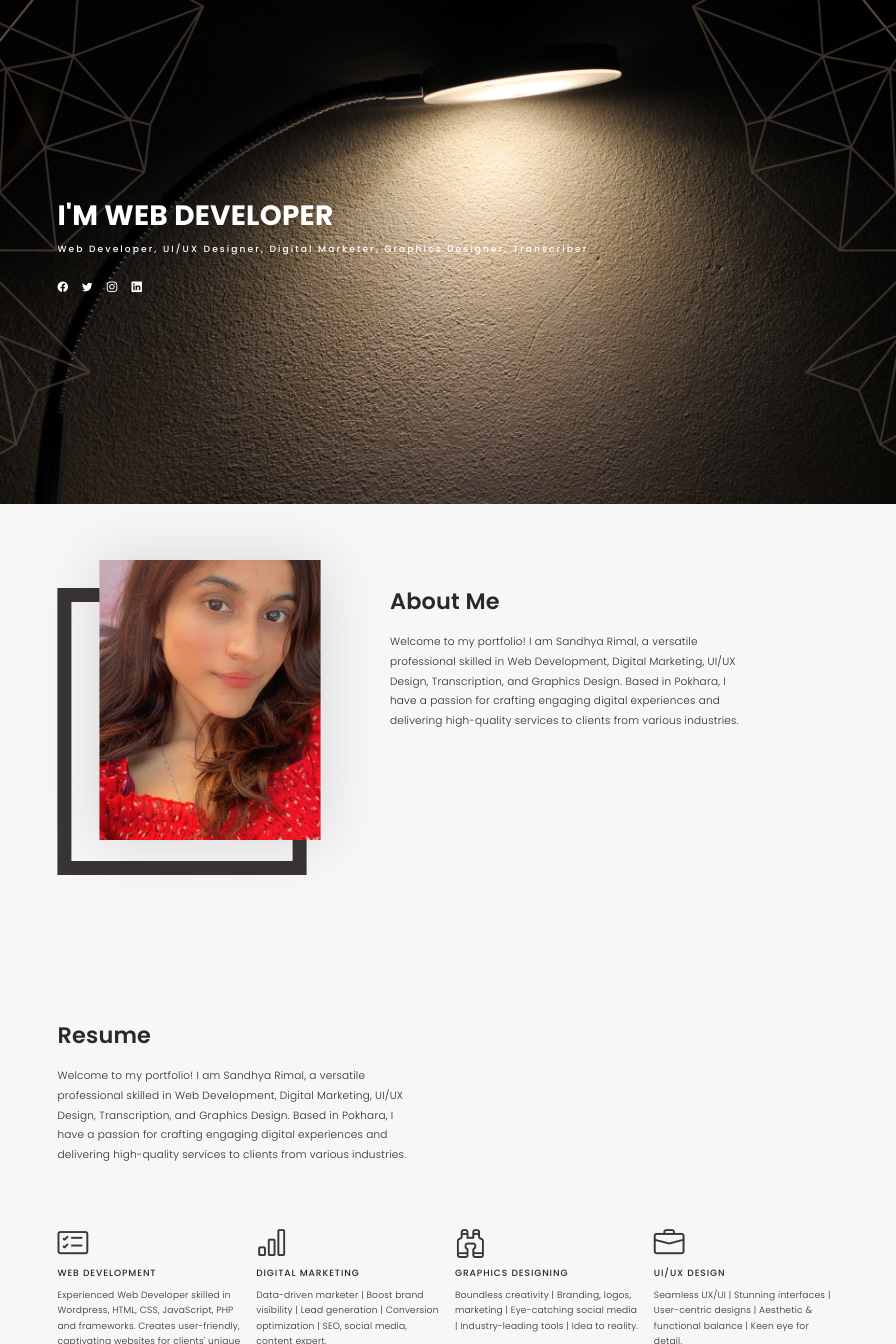
Repository: sandhya8109/portfolio
Page: index.html
The author's editor kept a copy of each file at every save. The page is drawn from the files as they stood at one save, then again after the next save.
The browser window is 1280 px wide. The pictures show the part of the page from y = 0 to 1920 px (the page is 4703 px tall before and 5832 px after), at 70% of full size.
Some web fonts or font styles are not loaded; a fallback is used.

Above is the page before, as saved 2023-11-20 19:39:36.

After the next save:
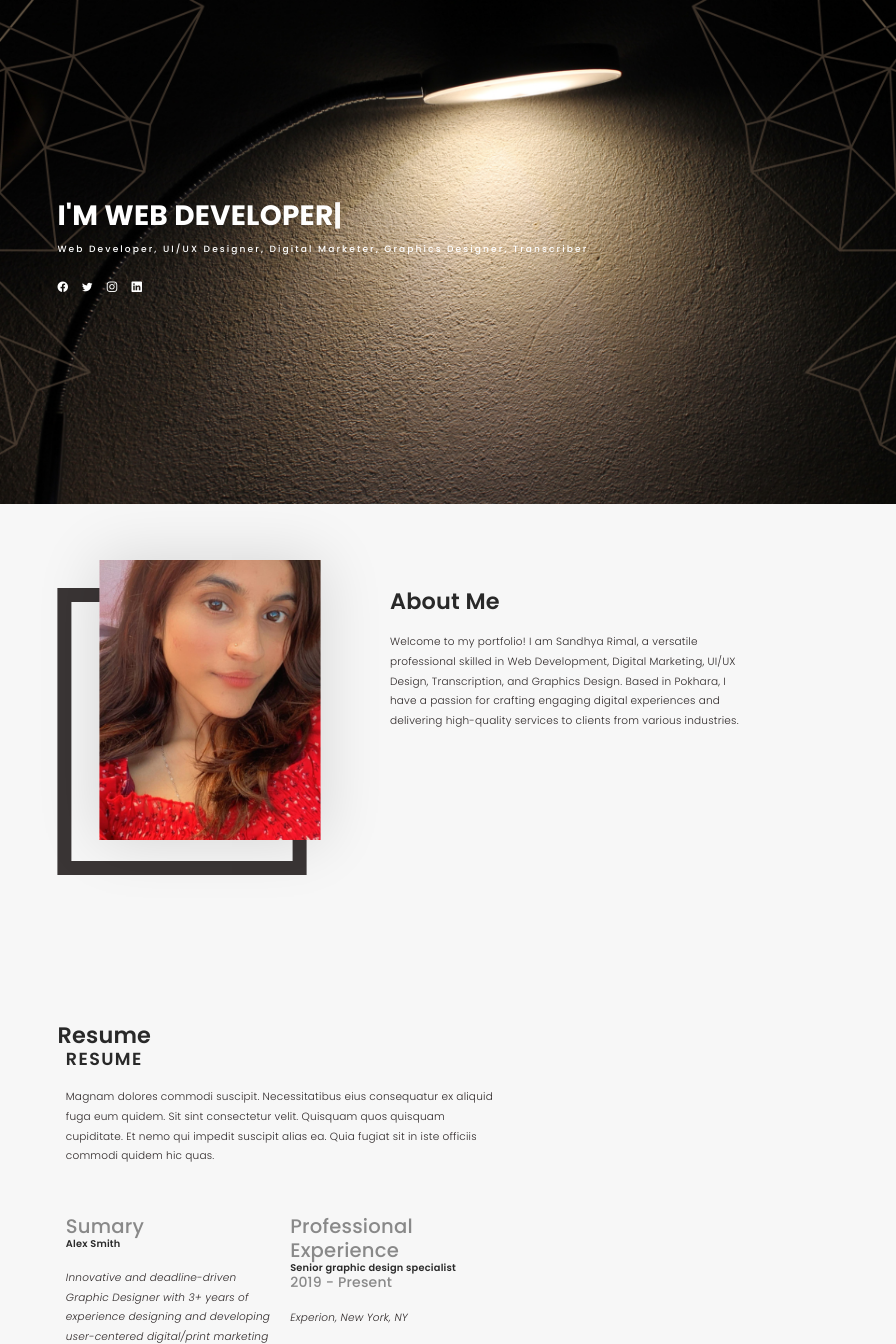
Saved 69 s later.
--- a/index.html
+++ b/index.html
@@ -125,8 +125,70 @@
             <div class="about-descr">
 
               <h2>Resume </h2>
-              <p class="separator">Welcome to my portfolio! I am Sandhya Rimal, a versatile professional skilled in Web Development, Digital Marketing, UI/UX Design, Transcription, and Graphics Design. Based in Pokhara, I have a passion for crafting engaging digital experiences and delivering high-quality services to clients from various industries.</p>
-
+              <section id="resume" class="resume">
+                <div class="container">
+
+                  <div class="section-title">
+                    <h2>Resume</h2>
+                    <p>Magnam dolores commodi suscipit. Necessitatibus eius consequatur ex aliquid fuga eum quidem. Sit sint consectetur velit. Quisquam quos quisquam cupiditate. Et nemo qui impedit suscipit alias ea. Quia fugiat sit in iste officiis commodi quidem hic quas.</p>
+                  </div>
+
+                  <div class="row">
+                    <div class="col-lg-6 aos-init aos-animate" data-aos="fade-up">
+                      <h3 class="resume-title">Sumary</h3>
+                      <div class="resume-item pb-0">
+                        <h4>Alex Smith</h4>
+                        <p><em>Innovative and deadline-driven Graphic Designer with 3+ years of experience designing and developing user-centered digital/print marketing material from initial concept to final, polished deliverable.</em></p>
+                        <ul>
+                          <li>Portland par 127,Orlando, FL</li>
+                          <li>(123) 456-7891</li>
+                          <li>alice.barkley@example.com</li>
+                        </ul>
+                      </div>
+
+                      <h3 class="resume-title">Education</h3>
+                      <div class="resume-item">
+                        <h4>Master of Fine Arts &amp; Graphic Design</h4>
+                        <h5>2015 - 2016</h5>
+                        <p><em>Rochester Institute of Technology, Rochester, NY</em></p>
+                        <p>Qui deserunt veniam. Et sed aliquam labore tempore sed quisquam iusto autem sit. Ea vero voluptatum qui ut dignissimos deleniti nerada porti sand markend</p>
+                      </div>
+                      <div class="resume-item">
+                        <h4>Bachelor of Fine Arts &amp; Graphic Design</h4>
+                        <h5>2010 - 2014</h5>
+                        <p><em>Rochester Institute of Technology, Rochester, NY</em></p>
+                        <p>Quia nobis sequi est occaecati aut. Repudiandae et iusto quae reiciendis et quis Eius vel ratione eius unde vitae rerum voluptates asperiores voluptatem Earum molestiae consequatur neque etlon sader mart dila</p>
+                      </div>
+                    </div>
+                    <div class="col-lg-6 aos-init aos-animate" data-aos="fade-up" data-aos-delay="100">
+                      <h3 class="resume-title">Professional Experience</h3>
+                      <div class="resume-item">
+                        <h4>Senior graphic design specialist</h4>
+                        <h5>2019 - Present</h5>
+                        <p><em>Experion, New York, NY </em></p>
+                        <ul>
+                          <li>Lead in the design, development, and implementation of the graphic, layout, and production communication materials</li>
+                          <li>Delegate tasks to the 7 members of the design team and provide counsel on all aspects of the project. </li>
+                          <li>Supervise the assessment of all graphic materials in order to ensure quality and accuracy of the design</li>
+                          <li>Oversee the efficient use of production project budgets ranging from $2,000 - $25,000</li>
+                        </ul>
+                      </div>
+                      <div class="resume-item">
+                        <h4>Graphic design specialist</h4>
+                        <h5>2017 - 2018</h5>
+                        <p><em>Stepping Stone Advertising, New York, NY</em></p>
+                        <ul>
+                          <li>Developed numerous marketing programs (logos, brochures,infographics, presentations, and advertisements).</li>
+                          <li>Managed up to 5 projects or tasks at a given time while under pressure</li>
+                          <li>Recommended and consulted with clients on the most appropriate graphic design</li>
+                          <li>Created 4+ design presentations and proposals a month for clients and account managers</li>
+                        </ul>
+                      </div>
+                    </div>
+                  </div>
+
+                </div>
+              </section>
             </div>
 
           </div>
